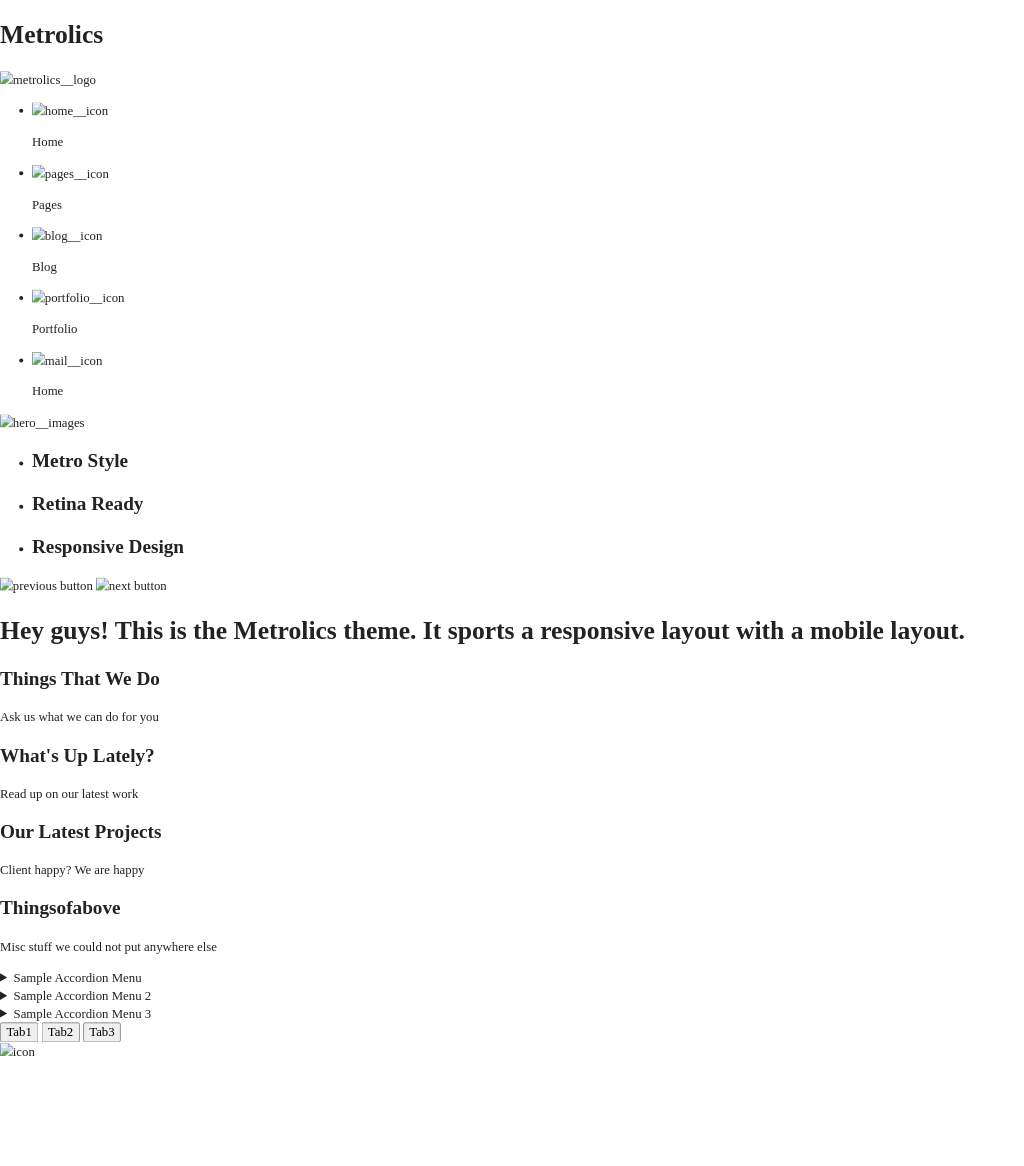
Repository: eilidhma/metrolics
Page: index.html
The author's editor kept a copy of each file at every save. The page is drawn from the files as they stood at one save, then again after a run of saves.
The browser window is 1280 px wide. The pictures show the whole page, at 80% of full size.

Above is the page before, as saved 2021-01-26 23:43:00.

### index.html
<!doctype html>
<html class="no-js" lang="">

<head>
  <meta charset="utf-8">
  <title>Metrolics</title>
  <meta name="description" content="">
  <meta name="viewport" content="width=device-width, initial-scale=1">

  <meta property="og:title" content="">
  <meta property="og:type" content="">
  <meta property="og:url" content="">
  <meta property="og:image" content="">

  <link rel="manifest" href="site.webmanifest">
  <link rel="apple-touch-icon" href="icon.png">
  <!-- Place favicon.ico in the root directory -->

  <link rel="stylesheet" href="css/normalize.css">
  <link rel="stylesheet" href="css/main.css">

  <meta name="theme-color" content="#fafafa">
</head>


<!-- Add your site or application content here -->
<body class="page__home">
  <header class="page__header">
    <div class="page__title">
      <h1 class="large__headings">Metrolics</h1>
      <img src="" alt="metrolics__logo" class="header__icon">
    </div>
    <nav class="page__navigation">
      <ul class="navigation__section">
        <li class="navigation_items">
          <img src="" alt="home__icon" class="nav__icons">
          <p class="nav__titles">Home</p>
        </li>
        <li class="navigation_items">
          <img src="" alt="pages__icon" class="nav__icons">
          <p class="nav__titles">Pages</p>
        </li>
        <li class="navigation_items">
          <img src="" alt="blog__icon" class="nav__icons">
          <p class="nav__titles">Blog</p>
        </li>
        <li class="navigation_items">
          <img src="" alt="portfolio__icon" class="nav__icons">
          <p class="nav__titles">Portfolio</p>
        </li>
        <li class="navigation_items">
          <img src="" alt="mail__icon" class="nav__icons">
          <p class="nav__titles">Home</p>
        </li>
      </ul>
    </nav>
  </header>

  <section class="hero__section">
    <img src="" alt="hero__images">
    <ul class="hero__headings">
      <li>
        <div class="hero__headings__colour1"></div>
        <h2 class="medium__headings">Metro Style</h2>
      </li>
      <li>
        <div class="hero__headings__colour2"></div>
        <h2 class="medium__headings">Retina Ready</h2>
      </li>
      <li>
        <div class="hero__headings__colour3"></div>
        <h2 class="medium__headings">Responsive Design</h2>
      </li>
    </ul>
    <a class="prev" onclick="">
      <img src="" alt="previous button" class="prev__icon">
    </a>
    <a class="next" onclick="">
      <img src="" alt="next button" class="next__icon">
    </a>
  </section>

  <main class="page__main">
    <h1 class="large__headings">Hey guys! This is the Metrolics theme. It sports a responsive layout with a mobile layout.</h1>
    <h2 class="medium__headings">Things That We Do</h2>
    <p class="main__text">Ask us what we can do for you</p>

    <section>
      <div></div>
      <div></div>
      <div></div>
      <div></div>
    </section>

    <h2 class="medium__headings">What's Up Lately?</h2>
    <p class="main__text">Read up on our latest work</p>

    <section>
      <div></div>
      <div></div>
      <div></div>
    </section>

    <!-- SLIDER??? -->

    <h2 class="medium__headings">Our Latest Projects</h2>
    <p class="main__text">Client happy? We are happy</p>

    <section>
      <div></div>
      <div></div>
      <div></div>
      <div></div>
      <div></div>
      <div></div>
    </section>

    <h2 class="medium__headings">Thingsofabove</h2>
    <p class="main__text">Misc stuff we could not put anywhere else</p>

    <section>
      <div>
        <details>
          <summary>Sample Accordion Menu</summary>
          <img src="" alt="">
          <h4></h4>
          <p></p>
        </details>
        <details>
          <summary>Sample Accordion Menu 2</summary>
          <img src="" alt="">
          <h4></h4>
          <p></p>
        </details>
        <details>
          <summary>Sample Accordion Menu 3</summary>
          <img src="" alt="">
          <h4></h4>
          <p></p>
        </details>
      </div>
      <div>
        <div class="tab">
          <button class="tab__buttons" onclick="">Tab1</button>
          <button class="tab__buttons" onclick="">Tab2</button>
          <button class="tab__buttons" onclick="">Tab3</button>
        </div>
        <div class="tab__content">
          <div>
            <img src="" alt="icon" class="tab__content__icon">
            <p></p>
          </div>
          <div>
            <img src="" alt="">
            <p></p>
          </div>
          <div>
            <img src="" alt="">
            <p></p>
          </div>
          <div>
            <img src="" alt="">
            <p></p>
          </div>
        </div>
      </div>
    </section>
  </main>





  <script src="js/vendor/modernizr-3.11.2.min.js"></script>
  <script src="js/plugins.js"></script>
  <script src="js/main.js"></script>

  <!-- Google Analytics: change UA-XXXXX-Y to be your site's ID. -->
  <script>
    window.ga = function () { ga.q.push(arguments) }; ga.q = []; ga.l = +new Date;
    ga('create', 'UA-XXXXX-Y', 'auto'); ga('set', 'anonymizeIp', true); ga('set', 'transport', 'beacon'); ga('send', 'pageview')
  </script>
  <script src="https://www.google-analytics.com/analytics.js" async></script>
</body>

</html>

### css/main.css
/*! HTML5 Boilerplate v8.0.0 | MIT License | https://html5boilerplate.com/ */

/* main.css 2.1.0 | MIT License | https://github.com/h5bp/main.css#readme */
/*
 * What follows is the result of much research on cross-browser styling.
 * Credit left inline and big thanks to Nicolas Gallagher, Jonathan Neal,
 * Kroc Camen, and the H5BP dev community and team.
 */

/* ==========================================================================
   Base styles: opinionated defaults
   ========================================================================== */

html {
  color: #222;
  font-size: 1em;
  line-height: 1.4;
}

/*
 * Remove text-shadow in selection highlight:
 * https://twitter.com/miketaylr/status/12228805301
 *
 * Vendor-prefixed and regular ::selection selectors cannot be combined:
 * https://stackoverflow.com/a/16982510/7133471
 *
 * Customize the background color to match your design.
 */

::-moz-selection {
  background: #b3d4fc;
  text-shadow: none;
}

::selection {
  background: #b3d4fc;
  text-shadow: none;
}

/*
 * A better looking default horizontal rule
 */

hr {
  display: block;
  height: 1px;
  border: 0;
  border-top: 1px solid #ccc;
  margin: 1em 0;
  padding: 0;
}

/*
 * Remove the gap between audio, canvas, iframes,
 * images, videos and the bottom of their containers:
 * https://github.com/h5bp/html5-boilerplate/issues/440
 */

audio,
canvas,
iframe,
img,
svg,
video {
  vertical-align: middle;
}

/*
 * Remove default fieldset styles.
 */

fieldset {
  border: 0;
  margin: 0;
  padding: 0;
}

/*
 * Allow only vertical resizing of textareas.
 */

textarea {
  resize: vertical;
}

/* ==========================================================================
   Author's custom styles
   ========================================================================== */

/* ==========================================================================
   Helper classes
   ========================================================================== */

/*
 * Hide visually and from screen readers
 */

.hidden,
[hidden] {
  display: none !important;
}

/*
 * Hide only visually, but have it available for screen readers:
 * https://snook.ca/archives/html_and_css/hiding-content-for-accessibility
 *
 * 1. For long content, line feeds are not interpreted as spaces and small width
 *    causes content to wrap 1 word per line:
 *    https://medium.com/@jessebeach/beware-smushed-off-screen-accessible-text-5952a4c2cbfe
 */

.sr-only {
  border: 0;
  clip: rect(0, 0, 0, 0);
  height: 1px;
  margin: -1px;
  overflow: hidden;
  padding: 0;
  position: absolute;
  white-space: nowrap;
  width: 1px;
  /* 1 */
}

/*
 * Extends the .sr-only class to allow the element
 * to be focusable when navigated to via the keyboard:
 * https://www.drupal.org/node/897638
 */

.sr-only.focusable:active,
.sr-only.focusable:focus {
  clip: auto;
  height: auto;
  margin: 0;
  overflow: visible;
  position: static;
  white-space: inherit;
  width: auto;
}

/*
 * Hide visually and from screen readers, but maintain layout
 */

.invisible {
  visibility: hidden;
}

/*
 * Clearfix: contain floats
 *
 * For modern browsers
 * 1. The space content is one way to avoid an Opera bug when the
 *    `contenteditable` attribute is included anywhere else in the document.
 *    Otherwise it causes space to appear at the top and bottom of elements
 *    that receive the `clearfix` class.
 * 2. The use of `table` rather than `block` is only necessary if using
 *    `:before` to contain the top-margins of child elements.
 */

.clearfix::before,
.clearfix::after {
  content: " ";
  display: table;
}

.clearfix::after {
  clear: both;
}

/* ==========================================================================
   EXAMPLE Media Queries for Responsive Design.
   These examples override the primary ('mobile first') styles.
   Modify as content requires.
   ========================================================================== */

@media only screen and (min-width: 35em) {
  /* Style adjustments for viewports that meet the condition */
}

@media print,
  (-webkit-min-device-pixel-ratio: 1.25),
  (min-resolution: 1.25dppx),
  (min-resolution: 120dpi) {
  /* Style adjustments for high resolution devices */
}

/* ==========================================================================
   Print styles.
   Inlined to avoid the additional HTTP request:
   https://www.phpied.com/delay-loading-your-print-css/
   ========================================================================== */

@media print {
  *,
  *::before,
  *::after {
    background: #fff !important;
    color: #000 !important;
    /* Black prints faster */
    box-shadow: none !important;
    text-shadow: none !important;
  }

  a,
  a:visited {
    text-decoration: underline;
  }

  a[href]::after {
    content: " (" attr(href) ")";
  }

  abbr[title]::after {
    content: " (" attr(title) ")";
  }

  /*
   * Don't show links that are fragment identifiers,
   * or use the `javascript:` pseudo protocol
   */
  a[href^="#"]::after,
  a[href^="javascript:"]::after {
    content: "";
  }

  pre {
    white-space: pre-wrap !important;
  }

  pre,
  blockquote {
    border: 1px solid #999;
    page-break-inside: avoid;
  }

  /*
   * Printing Tables:
   * https://web.archive.org/web/20180815150934/http://css-discuss.incutio.com/wiki/Printing_Tables
   */
  thead {
    display: table-header-group;
  }

  tr,
  img {
    page-break-inside: avoid;
  }

  p,
  h2,
  h3 {
    orphans: 3;
    widows: 3;
  }

  h2,
  h3 {
    page-break-after: avoid;
  }
}

### js/plugins.js
// Avoid `console` errors in browsers that lack a console.
(function() {
  var method;
  var noop = function () {};
  var methods = [
    'assert', 'clear', 'count', 'debug', 'dir', 'dirxml', 'error',
    'exception', 'group', 'groupCollapsed', 'groupEnd', 'info', 'log',
    'markTimeline', 'profile', 'profileEnd', 'table', 'time', 'timeEnd',
    'timeline', 'timelineEnd', 'timeStamp', 'trace', 'warn'
  ];
  var length = methods.length;
  var console = (window.console = window.console || {});

  while (length--) {
    method = methods[length];

    // Only stub undefined methods.
    if (!console[method]) {
      console[method] = noop;
    }
  }
}());

// Place any jQuery/helper plugins in here.

Loaded but not shown: css/normalize.css (library); js/vendor/modernizr-3.11.2.min.js (library); js/main.js (no copy from this time; the picture is the same without it)

After the next 3 saves:
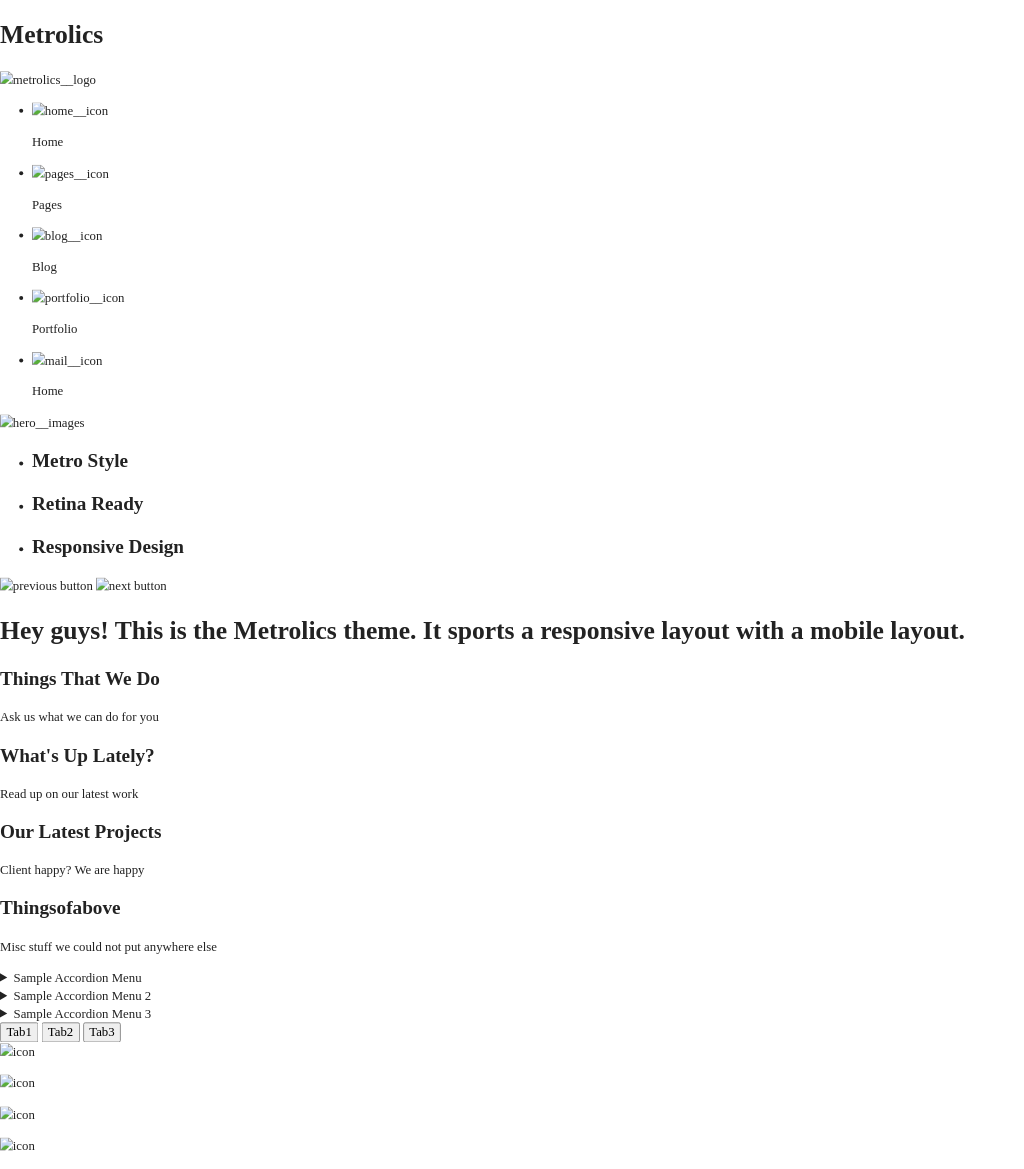
The 3 saves are shown as one change because they came seconds apart.
The last was saved 16 s later.
--- a/index.html
+++ b/index.html
@@ -151,15 +151,15 @@
             <p></p>
           </div>
           <div>
-            <img src="" alt="">
+            <img src="" alt="icon" class="tab__content__icon">
             <p></p>
           </div>
           <div>
-            <img src="" alt="">
+            <img src="" alt="icon" class="tab__content__icon">
             <p></p>
           </div>
           <div>
-            <img src="" alt="">
+            <img src="" alt="icon" class="tab__content__icon">
             <p></p>
           </div>
         </div>
